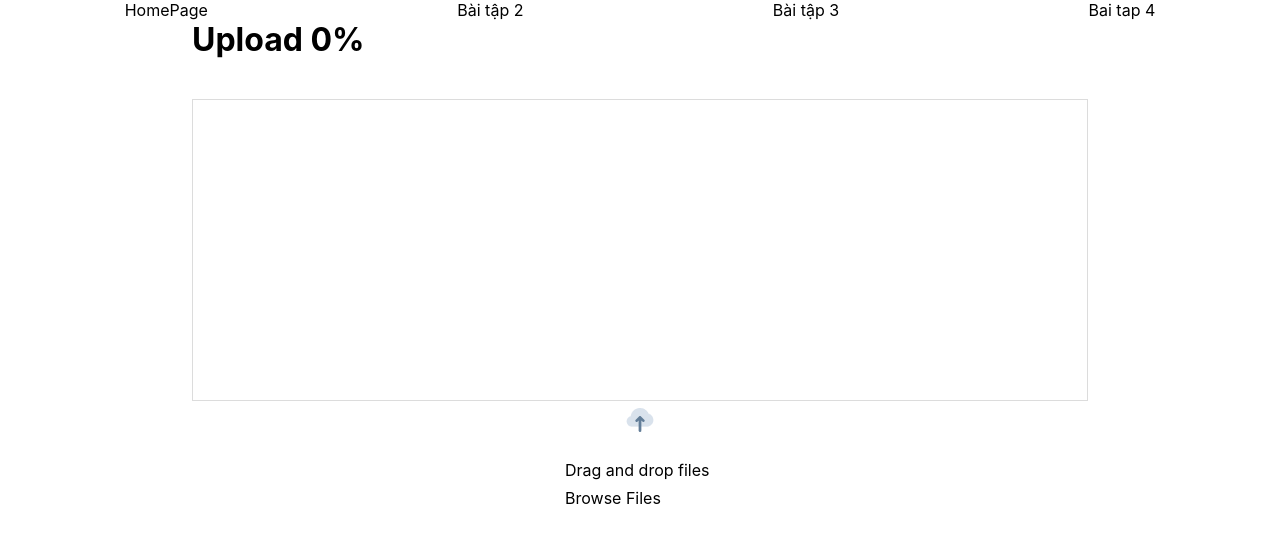
Repository: tungdau93/Training-ReactJS
Page: /bai-tap-3
An editor plug-in stored every save of this project. The page is shown before and after the next save, followed by the edit.
The browser window is 1280 px wide. The pictures show the whole page.
The project was rebuilt for these pictures with package versions that can differ from the ones it lists, and the page was loaded fresh each time. Also part of the build but not shown: src/App.css, src/hooks/useClickOutside.js, src/Assignments/BaiTap2.jsx, src/Assignments/HomePage.jsx.

Above is the page before, as saved 2022-10-03 10:48:53.

### src/App.js
import { BrowserRouter, Route, Routes } from "react-router-dom";
import "./App.css";
import BaiTap2 from "./Assignments/BaiTap2";
import BaiTap3 from "./Assignments/BaiTap3";
import HomePage from "./Assignments/HomePage";
import Menu from "./Assignments/Menu";

function App() {
  return (
    <BrowserRouter>
      <Menu />
      <Routes>
        <Route path="/" element={<HomePage />} />
        <Route path="/bai-tap-2" element={<BaiTap2 />} />
        <Route path="/bai-tap-3" element={<BaiTap3 />} />
      </Routes>
    </BrowserRouter>
  );
}

export default App;

### src/Assignments/BaiTap3.jsx
import { ref, uploadBytesResumable } from "@firebase/storage";
import React, { useRef, useState } from "react";
import { storage } from "../firebase";
import "../style/_bai-tap-3.scss";

const BaiTap3 = () => {
  const listUploadedRef = useRef();
  const fileUploadedRef = useRef();

  const [files, setFiles] = useState([]);
  const [progress, setProgress] = useState(0);
  const [isSizeValid, setIsSizeValid] = useState(true);
  const [isActive, setIsActive] = useState(true);
  const [isValidNumberOfFiles, setValidNumberOfFiles] = useState(false);

  const RemoveAddFile = [];

  const handleSlide = () => {
    const listUploadedOffsetWidth = listUploadedRef.current?.offsetWidth;
    const listUploadedClientWidth = listUploadedRef.current?.clientWidth;
    const fileUploadedWidth = fileUploadedRef.current?.offsetWidth;
    const removeSpace = listUploadedOffsetWidth - listUploadedClientWidth;
    console.log(removeSpace);

    if (listUploadedRef.current && fileUploadedRef.current) {
      listUploadedRef.current.scrollTo({
        left: fileUploadedWidth,
        behavior: "smooth",
      });
    }
  };
  const handleAddFiles = (event) => {
    setValidNumberOfFiles(false);
    const file = event.target.files[0];

    event.preventDefault();
    const fileArray = event.target.files;
    for (var j = 0; j < fileArray.length; j++) {
      if (fileArray[j].size > 10485760) {
        setIsSizeValid(false);
        setIsActive(false);
        return;
      }
    }
    setIsActive(true);
    setIsSizeValid(true);

    const newFiles = [...files];
    for (let k = 0; k < fileArray.length; k++) {
      newFiles.push(fileArray[k]);
    }
    setFiles(newFiles);
  };

  const uploadFiles = (file) => {
    if (!file) return;
    const storageRef = ref(storage, `/files/${file.name}`);
    const uploadTask = uploadBytesResumable(storageRef, file);
    uploadTask.on(
      "state_changed",
      (snapshot) => {
        const prog = Math.round(
          (snapshot.bytesTransferred / snapshot.totalBytes) * 100
        );
        setProgress(prog);
      },
      (err) => console.log(err)
    );
  };

  const handleUpload = (event) => {
    event.preventDefault();

    const newFilesUpload = [...files];
    if (files.length > 0 && files.length <= 4) {
      for (let i = 0; i < newFilesUpload.length; i++) {
        uploadFiles(newFilesUpload[i]);
        console.log(newFilesUpload[i]);
        setFiles(RemoveAddFile);
      }
    } else {
      setValidNumberOfFiles(true);
      setFiles(RemoveAddFile);
      setIsActive(false);
    }
  };

  const handleClose = (index) => {
    const fileSelected = files.filter((file) => file.index === index);
    // console.log(newFiles);
    const newFiles = [...files];
    newFiles.pop(fileSelected);
    setFiles([...newFiles]);
  };

  return (
    <div className="drag-drop-files-container">
      <h1>Upload {progress}%</h1>
      {/* <img
        onClick={handleSlide}
        src={require("../assets/images/submit-icon.png")}
        alt=""
        className="slide-icon"
      /> */}

      <div className="drag-drop-files">
        <div className="drag-drop-label">
          <span className="image-drag-drop">
            <img
              alt=""
              src={require("../assets/images/upload-icon.png")}
              width={32}
              height={32}
            />
          </span>
          <span>Drag and drop files</span>
          <span>Browse Files</span>
        </div>

        <input
          id="name"
          type="file"
          className="input-files"
          onChange={handleAddFiles}
          multiple
        />
        {/* <form onSubmit={(event) => handleUpload(event)}>
          <label htmlFor="name" className="drag-and-drop-img">
            <img alt="" src={require("../assets/images/upload-icon.png")} />
          </label>
          <label htmlFor="name" className="drag-and-drop-heading">
            Drag and drop files
          </label>
          <label htmlFor="name" className="drag-and-drop-heading--sub-heading">
            Browse Files
          </label>
          <input
            id="name"
            type="file"
            className="input"
            onChange={handleAddFiles}
            multiple
          />
          <button type="submit" className="submit">
            Upload
          </button>
        </form> */}
      </div>

      {/* {isSizeValid ? (
        <div ref={listUploadedRef} className="show-data--hidden">
          {files &&
            files.map((file, index) => {
              // console.log(file.type);
              return (
                <FileUpload
                  handleClose={() => handleClose(index)}
                  key={index}
                  ref={fileUploadedRef}
                  fileType={file.type}
                  fileName={file.name}
                  fileSize={file.size}
                />
              );
            })}
        </div>
      ) : (
        <span className="maximum-files-size">
          The maximum file size is 10MB
        </span>
      )} */}

      {/* {isValidNumberOfFiles ? (
        <span className="maximum-files-length">
          Maximum length of files is 4
        </span>
      ) : null} */}
    </div>
  );
};

export default BaiTap3;

### src/Assignments/Menu.jsx
  import React from "react";
import { useNavigate } from "react-router-dom";

const styleHomePage={
        display:'flex',
        justifyContent: 'center',
}

const styleUl = {
    display: 'flex',
    justifyContent: 'space-around',
    // ListStyle:"none"
}
const handleMouseOver =(e)=>{
    e.target.style.color = '#DC143C'
}
const handleMouseOut =(e)=>{
    e.target.style.color = '#000'
}

const Menu = () => {
  const navigate = useNavigate();

  const redirectPage = (url) => {
    navigate(url);
  };

  return (
    <div>
      <ul style={styleUl}>
        <li style={{listStyleType:'none'}} onMouseOver={handleMouseOver} onMouseOut={handleMouseOut} onClick={() => redirectPage("/")}>
          <div style={styleHomePage}>HomePage</div>
        </li>
        <li style={{listStyleType:'none'}}  onMouseOver={handleMouseOver} onMouseOut={handleMouseOut} onClick={() => redirectPage("/bai-tap-2")}>
          <div >Bài tập 2</div>
        </li>
        <li style={{listStyleType:'none'}} onMouseOver={handleMouseOver} onMouseOut={handleMouseOut} onClick={() => redirectPage("/bai-tap-3")}>
          <div >Bài tập 3</div>
        </li>
        <li style={{listStyleType:'none'}} onMouseOver={handleMouseOver} onMouseOut={handleMouseOut} onClick={() => redirectPage("/bai-tap-4")}>
          <div >Bai tap 4

          </div>
        </li>
      </ul>
    </div>
  );
};

export default Menu;

### src/style/_bai-tap-2.scss
*{
    padding: 0;
    margin:0;
}
.app {
    background-color:#1E1E1E;
    #title {
        top:-976px;
        left:-1124px;
        color:#a0a0a0;
        width: 2227px;
        height:1933px;
        &:hover{
            color:#99CCFF;
            opacity:.6;
    }
    }
    .app__container{
        width: 2227px; ;
        height: 1933px;
        background-color:#F8F8F8;
        position:relative;
        .app__container--heading{
            display: flex;
            flex-direction: row;
            align-items: center;
            padding: 50px 99px 50px 56px;
            gap: 10px;
            display:block;

            position: absolute;
            width: 2227px;
            height: 140px;
            left: 0px;
            top: 0px;
            background-color:#333333;
            .app__container--heading-name{
                display: flex;
                flex-direction: row;
                align-items: center;
                padding: 0px;
                gap: 30px;

                width: 323px;
                height: 56px;


                /* Inside auto layout */

                flex: none;
                order: 0;
                flex-grow: 0;
                .app__container--heading-name--japanese{
                    width: 144px;
                    height: 56px;

                    font-family: 'Roboto';
                    font-style: normal;
                    font-weight: 700;
                    font-size: 48px;
                    line-height: 56px;




                /* White */

                    color: #FFFFFF;


                /* Inside auto layout */

                    flex: none;
                    order: 0;
                    flex-grow: 0;

                }
                .app__container--heading-name--english{
                    width: 149px;
                height: 38px;

                font-family: 'Roboto';
                font-style: normal;
                font-weight: 400;
                font-size: 32px;
                line-height: 38px;
                /* identical to box height */


                /* White */

                color: #FFFFFF;


                /* Inside auto layout */

                flex: none;
                order: 1;
                flex-grow: 0;
                }
            }
        }
        .app__container--input-wrapper{
    position: relative;
    display: flex;
    flex-direction: column;
    align-items: flex-start;
    padding: 0px;

    position: absolute;
    width: 400px;
    height: 46px;
    left: 379px;
    top: 308px;
    .app__container--input-wrapper--input{
        box-sizing: border-box;

    /* Auto layout */


    display: flex;
    flex-direction: row;
    align-items: center;
    padding: 8px 10px;
    gap: 4px;

    width: 400px;
    height: 49px;

    background: rgba(230, 249, 255, 0.2);
    /* Black / 04 */

    border: 1px solid #DBDBDB;
    border-radius: 4px;

    /* Inside auto layout */

    flex: none;
    order: 0;
    align-self: stretch;
    flex-grow: 0;



            }

     .fa-thin{
    position: absolute;
            }
    .app__container--input-wrapper--dropdown-list{
display: flex;

display:none;
// flex-direction: column;
// align-items: flex-start;
position: absolute;
width: 400px;
height: 128px;
left: 0;
top: 49px;
// background-color: yellow;

filter: drop-shadow(0px 1px 8px rgba(102, 102, 102, 0.25));
border-radius: 4px;
        .app__container--input-wrapper--dropdown-list--item1{
            position: absolute;
            width: 100%;
            height: 49px;
            background: rgba(230, 249, 255, 0.2);
            border-radius: 4px;
            display:block

        }
        .app__container--input-wrapper--dropdown-list--item2{
            position: absolute;
            width: 100%;
            height: 49px;
            border-radius: 4px;
            background: rgba(230, 249, 255, 0.2);
            top: 49px;
            display:block


        }
        .app__container--input-wrapper--dropdown-list--item3{
            position: absolute;
            width: 100%;
            height: 49px;
            border-radius: 4px;
            background: rgba(230, 249, 255, 0.2);
            top:98px;
            display:block


        }

    }
}


    }
}

### src/firebase.js
import { initializeApp } from "firebase/app";
import { getStorage } from "firebase/storage";

const firebaseConfig = {
    apiKey: "AIzaSyBDyCwxOmrur5hog0XVVwqIkyzdGhH8h4w",
    authDomain: "fir-upload-d710f.firebaseapp.com",
    projectId: "fir-upload-d710f",
    storageBucket: "fir-upload-d710f.appspot.com",
    messagingSenderId: "230877422747",
    appId: "1:230877422747:web:8e36d237d55b89ca5f923e",
    measurementId: "G-Q111WB6C29"
  };

  export const app = initializeApp(firebaseConfig);
  export const storage = getStorage(app);

### src/style/_bai-tap-3.scss
//   .slide-icon {
//     top: 560px;
//     left: 1398px;
//     width: 40px;
//     height: 38px;
//     border-radius: 50%;
//     border: solid #fff;
//     &:hover {
//       border: #107ce0 solid 3px;
//     }
//   }
//   .drag-and-drop {
//     display: flex;
//     justify-content: center;
//     width: 842px;
//     height: 232px;
//     left: 579px;
//     // right: 79.24%;
//     top: 249px;
//     background: #f8f8f8;
//     border: 1px solid #dcdcdc;
//     border-radius: 7px;
//     z-index: 1;
//     .drag-and-drop-img {
//       top: 45px;
//       left: 381px;
//       display: flex;
//       position: absolute;
//       min-width: 70px;
//       min-height: 70px;

//       justify-content: center;
//       align-items: center;
//     }
//     .drag-and-drop-heading {
//       top: 113px;
//       left: 342px;
//       display: flex;
//       position: absolute;
//       min-width: 100px;
//       align-items: center;
//       justify-content: center;
//       font-family: "Noto Sans";
//       font-style: normal;
//       font-weight: 700;
//       font-size: 18px;
//       line-height: 22px;
//       color: #333333;
//     }
//     .drag-and-drop-heading--sub-heading {
//       top: 137px;
//       left: 373px;
//       position: absolute;
//       min-width: 50px;
//       align-items: center;
//       justify-content: center;
//       font-family: "Noto Sans";
//       font-style: normal;
//       font-size: 18px;
//       line-height: 22px;
//       color: #333333;
//       text-decoration: underline;
//     }
//     &:hover {
//       border: 1px solid #107ce0;
//     }
//     .input {
//       width: 842px;
//       height: 232px;
//       position: absolute;
//       // right: 79.24%;
//       background: #f8f8f8;
//       // border: 1px solid #dcdcdc;
//       border-radius: 7px;
//       z-index: -1;
//       color: transparent;

//       &::-webkit-file-upload-button {
//         display: none;
//       }
//     }
//     .submit {
//       position: absolute;
//       top: 360px;
//       left: 359px;
//       width: 113px;
//       height: 43px;
//       border-radius: 3px;
//       z-index: -1;
//       border: none;
//       &:hover {
//         border: 1px solid #107ce0;
//       }
//     }
//     .submit-img {
//       position: absolute;
//       top: 261px;
//       left: 825px;
//       width: 32px;
//       height: 32px;
//       border-radius: 50%;
//       z-index: 1;
//     }
//     .drag-and-drop--upload-icon {
//       position: absolute;
//       height: 18.67px;
//       width: 26.67px;
//       top: 64px;
//       left: 397.67px;
//       right: 417.67px;
//       z-index: 1;
//     }

//   }

//   .drag-and-drop--alert {
//     width: 842px;
//     height: 232px;
//     position: relative;
//     left: 579px;
//     // right: 79.24%;
//     top: 249px;
//     background: #f8f8f8;
//     border: 1px solid  #ED5D5D;
//     border-radius: 7px;
//     z-index: 1;
//     .drag-and-drop-img {
//       top: 45px;
//       left: 381px;
//       display: flex;
//       position: absolute;
//       min-width: 70px;
//       min-height: 70px;

//       justify-content: center;
//       align-items: center;
//     }
//     .drag-and-drop-heading {
//       top: 113px;
//       left: 342px;
//       display: flex;
//       position: absolute;
//       min-width: 100px;
//       align-items: center;
//       justify-content: center;
//       font-family: "Noto Sans";
//       font-style: normal;
//       font-weight: 700;
//       font-size: 18px;
//       line-height: 22px;
//       color: #333333;
//     }
//     .drag-and-drop-heading--sub-heading {
//       top: 137px;
//       left: 373px;
//       position: absolute;
//       min-width: 50px;
//       align-items: center;
//       justify-content: center;
//       font-family: "Noto Sans";
//       font-style: normal;
//       font-size: 18px;
//       line-height: 22px;
//       color: #333333;
//       text-decoration: underline;
//     }
//     &:hover {
//       border: 1px solid #107ce0;
//     }
//     .input {
//       width: 842px;
//       height: 232px;
//       position: absolute;
//       // right: 79.24%;
//       background: #f8f8f8;
//       // border: 1px solid #dcdcdc;
//       border-radius: 7px;
//       z-index: -1;
//       color: transparent;

//       &::-webkit-file-upload-button {
//         display: none;
//       }
//     }
//     .submit {
//       position: absolute;
//       top: 360px;
//       left: 359px;
//       width: 113px;
//       height: 43px;
//       border-radius: 3px;
//       z-index: -1;
//       border: none;
//       &:hover {
//         border: 1px solid #107ce0;
//       }
//     }
//     .submit-img {
//       position: absolute;
//       top: 261px;
//       left: 825px;
//       width: 32px;
//       height: 32px;
//       border-radius: 50%;
//       z-index: 1;
//     }
//     .drag-and-drop--upload-icon {
//       position: absolute;
//       height: 18.67px;
//       width: 26.67px;
//       top: 64px;
//       left: 397.67px;
//       right: 417.67px;
//       z-index: 1;
//     }

//   }

//   .invalid {
//     position: absolute;
//     top: 93px;
//     left: 32px;
//     width: 24px;
//     height: 32px;
//     background-color: rgba(255, 0, 0, 0.5);
//     border: solid 0.5px rgb(153, 167, 181);
//     border-radius: 3px;
//   }

// .maximum-files-length{
//     color: #ED5D5D;
//     top: 169px;
//     position: relative;
//     left: 581px;
// }

// .maximum-files-size{
//   color: #ED5D5D;
//   top: 278px;
//   position: relative;
//   left: 581px;
// }

.drag-drop-files-container {
  width: 70%;
  margin: auto;

  .drag-drop-files {
    display: flex;
    justify-content: center;
    margin-top: 40px;
    border: 1px solid #dcdcdc;
    height: 300px;
    position: relative;

    .drag-drop-label {
      display: flex;
      flex-direction: column;
      min-width: 150px;
      position: absolute;
      // left: 300px;
      top: calc(300px);

      .image-drag-drop {
        display: flex;
        justify-content: center;

        img {
          margin-bottom: 16px;
        }
      }

      span {
        margin: 4px 0;
      }
    }

    .input-files {
      width: 100%;
      opacity: 0;
    }
  }
}

Loaded but not shown: public/index.html (common file); src/index.js (common file); src/index.css (common file); src/reportWebVitals.js (common file)

After the next save:
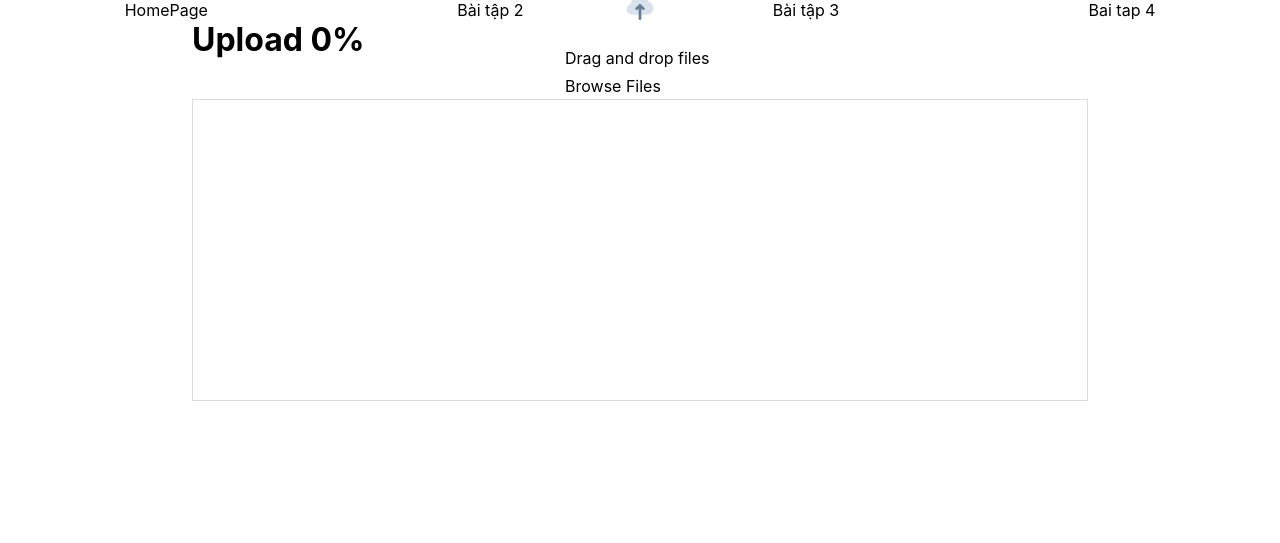
Saved 8 s later.
--- a/src/style/_bai-tap-3.scss
+++ b/src/style/_bai-tap-3.scss
@@ -259,7 +259,7 @@
       min-width: 150px;
       position: absolute;
       // left: 300px;
-      top: calc(300px);
+      bottom: calc(300px);
 
       .image-drag-drop {
         display: flex;
